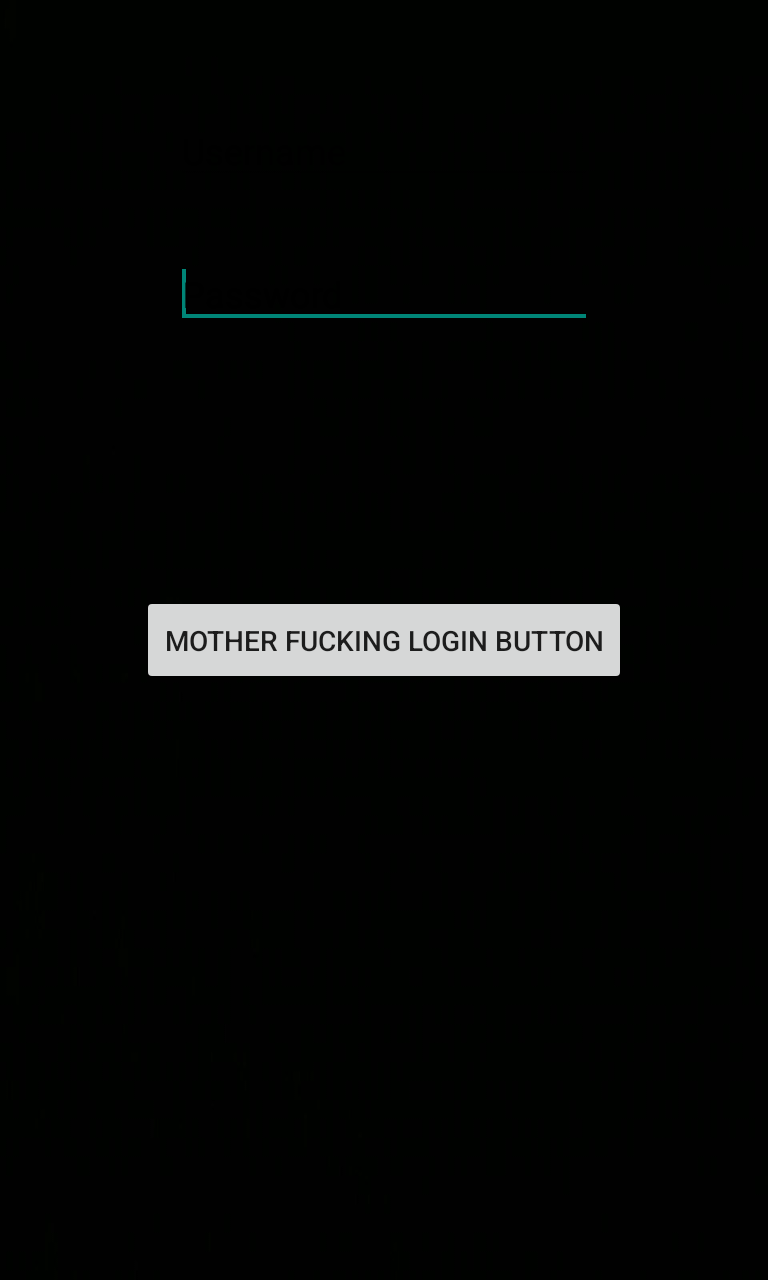
Repository: yuzhehu/workspace-androids
Layout: LoginAndPass/res/layout/activity_main.xml
These files come from the project's save history. The layout is drawn as it stood at one moment and after the next save; the edit follows.
It is drawn on a 768 x 1280 px phone screen (xhdpi) without system bars, with theme AppTheme; the app's code is not run.

Above is the layout before, as saved 2014-09-13 02:54:25.

After the next save:
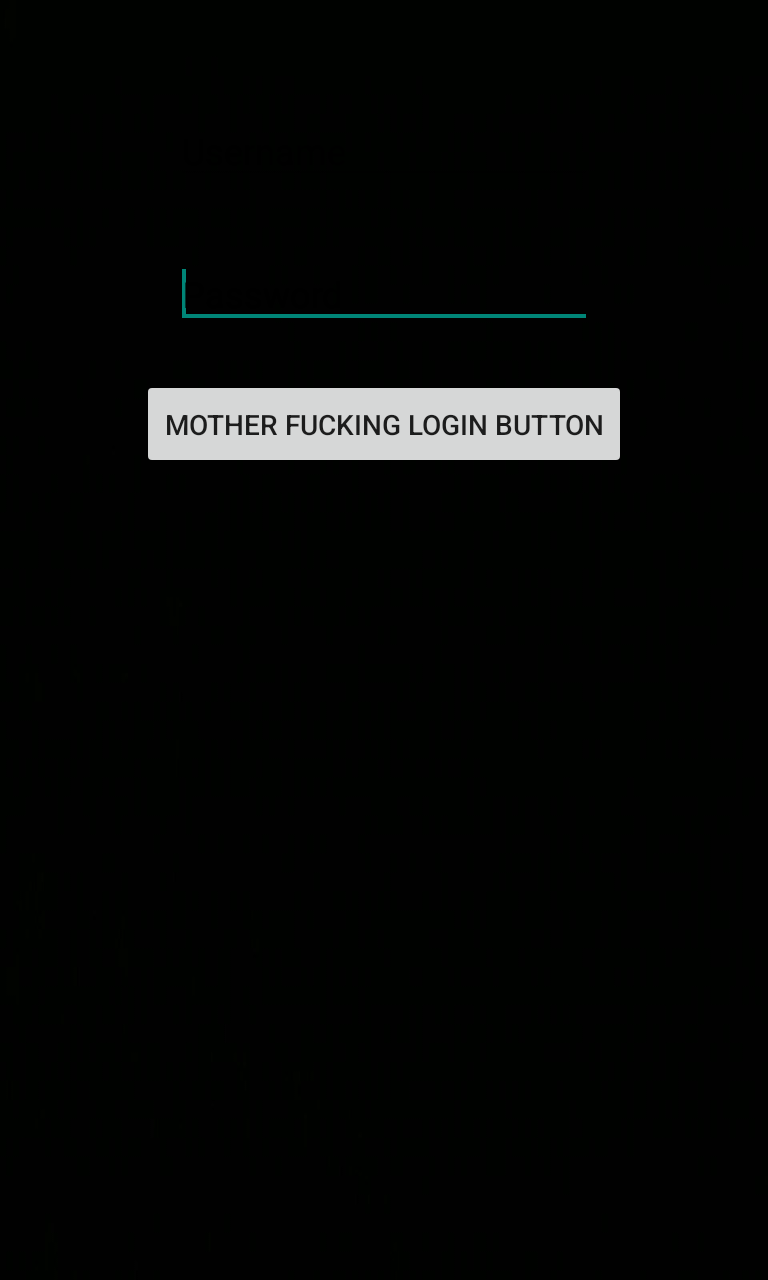
Saved 3 min 11 s later.
--- a/LoginAndPass/res/layout/activity_main.xml
+++ b/LoginAndPass/res/layout/activity_main.xml
@@ -8,14 +8,6 @@
     android:paddingTop="@dimen/activity_vertical_margin"
     android:background="@drawable/bgi"
     tools:context="com.example.loginandpass.MainActivity" >
-
-    <Button
-        android:id="@+id/button"
-        android:layout_width="wrap_content"
-        android:layout_height="wrap_content"
-        android:layout_centerHorizontal="true"
-        android:layout_centerVertical="true"
-        android:text="MOTHER FUCKING LOGIN BUTTON" />
 
     <EditText
         android:id="@+id/username"
@@ -43,4 +35,13 @@
         <requestFocus />
     </EditText>
 
+    <Button
+        android:id="@+id/button"
+        android:layout_width="wrap_content"
+        android:layout_height="wrap_content"
+        android:layout_below="@+id/password"
+        android:layout_centerHorizontal="true"
+        android:layout_marginTop="22dp"
+        android:text="MOTHER FUCKING LOGIN BUTTON" />
+
 </RelativeLayout>
